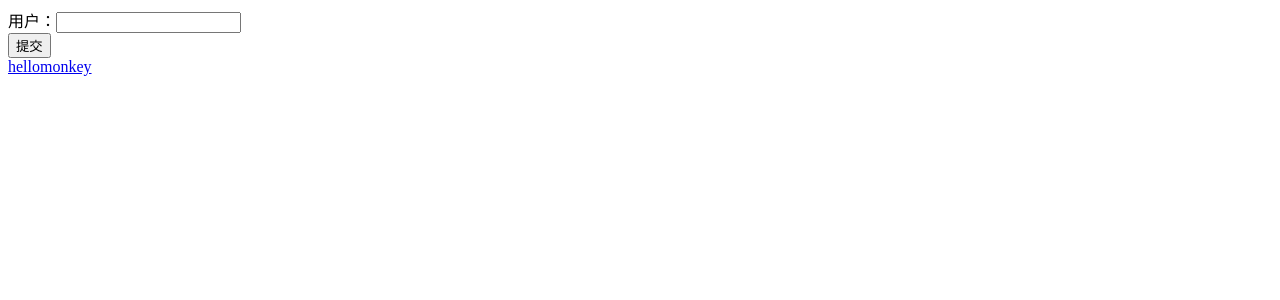
Repository: hellomonkey123/github
Page: javatest/test9/WebRoot/form2.html
The author's editor kept a copy of each file at every save. The page is drawn from the files as they stood at one save, then again after the next save.
The browser window is 1280 px wide. The pictures show the whole page.

Above is the page before, as saved 2018-08-18 12:01:11.

After the next save:
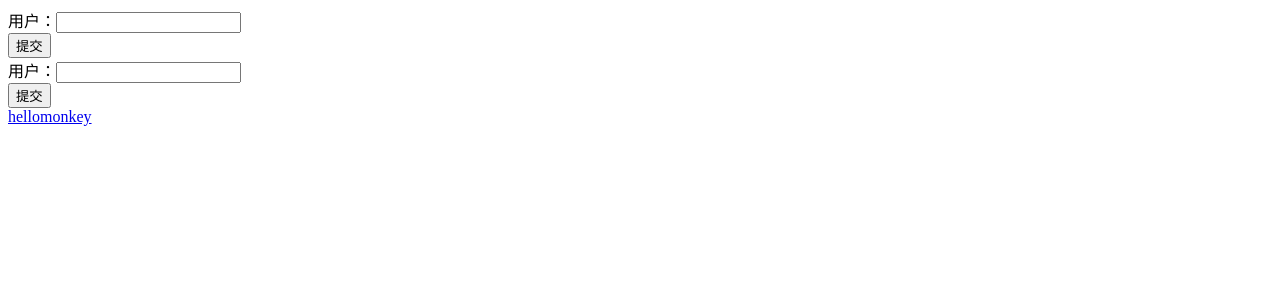
Saved 15 min 16 s later.
--- a/javatest/test9/WebRoot/form2.html
+++ b/javatest/test9/WebRoot/form2.html
@@ -18,6 +18,12 @@
 			<input type="submit" value="提交">
 		</form>
 
+		<form action="/test9/servlet/RequestDemo4" method="post">
+			用户：<input type="text" name="username"><br/>
+
+			<input type="submit" value="提交">
+		</form>
+
 		<a href="/test9/servlet/RequestDemo4?username=中国">hellomonkey</a>
 
 	</body>
